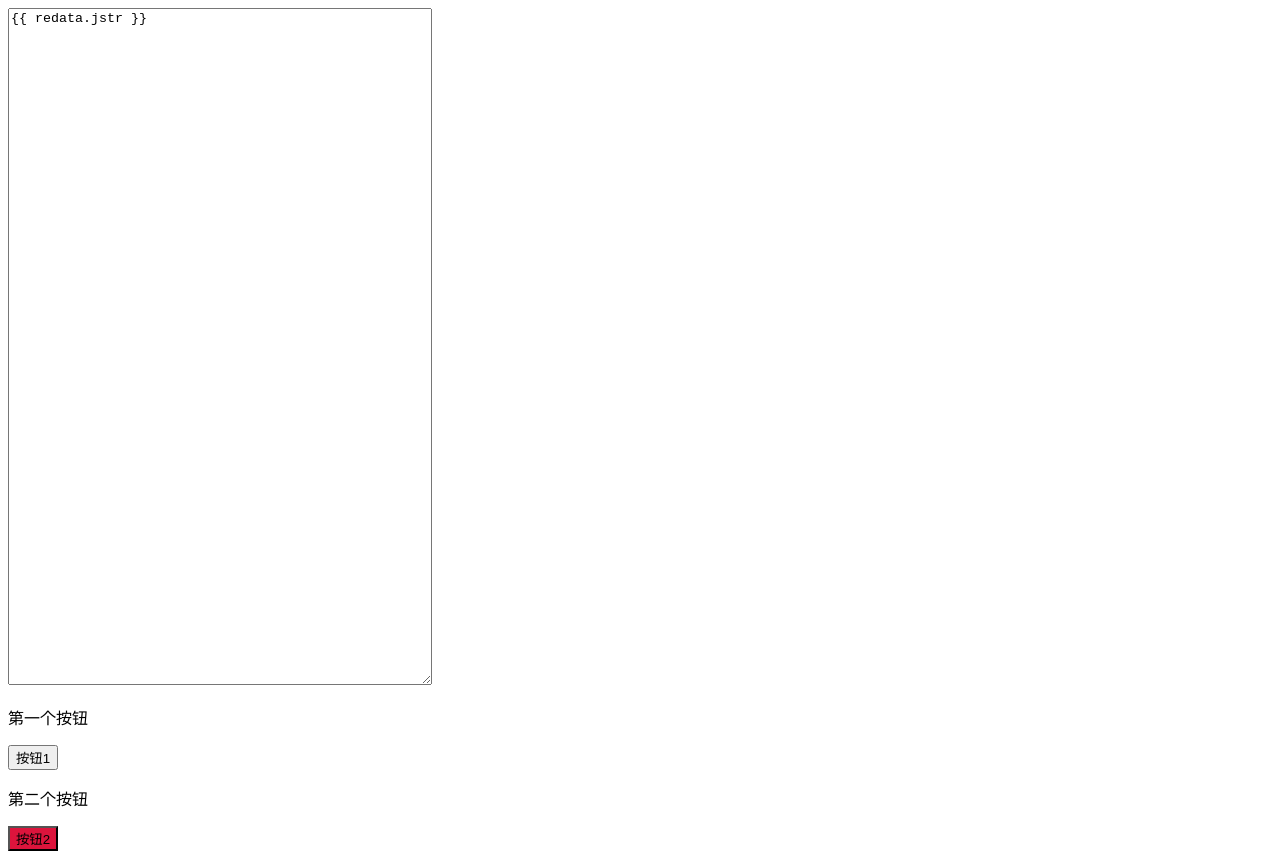
Repository: wangyanqing666/study
Page: json对象操作.html
The author's editor kept a copy of each file at every save. The page is drawn from the files as they stood at one save, then again after the next save.
The browser window is 1280 px wide. The pictures show the whole page.

Above is the page before, as saved 2020-06-13 19:34:14.

### json对象操作.html
<!DOCTYPE html>
<html lang="en">

<head>
    <meta charset="UTF-8">
    <meta name="viewport" content="width=device-width, initial-scale=1.0">
    <title>Document</title>

    <script src="https://cdn.bootcss.com/jquery/3.4.1/jquery.js"></script>

    <script type="text/javascript" charset="utf-8">



    </script>

    <style type="text/css">
        .list {
            height: 40px;
            line-height: 60px;
        }

        .list lii {
            margin: 50px auto 0;
            padding: 0;
            width: 30px;
            height: 40px;

        }
    </style>
</head>

<body>

    <div>

<textarea class="column " style="height: 671px; width: 418px;" id="editor1" placeholder="给一个JSON字符串，然后会自动格式化"
    spellcheck="false" name="jstr">{{ redata.jstr }}</textarea>
    <br>
<p>第一个按钮</p>
        <button type="submit" onclick="return func()">按钮1</button>
        <p>第二个按钮</p>

            <input type="submit" value="按钮2"  style="background-color: crimson;" />



    </div>

</body>

</html>

After the next save:
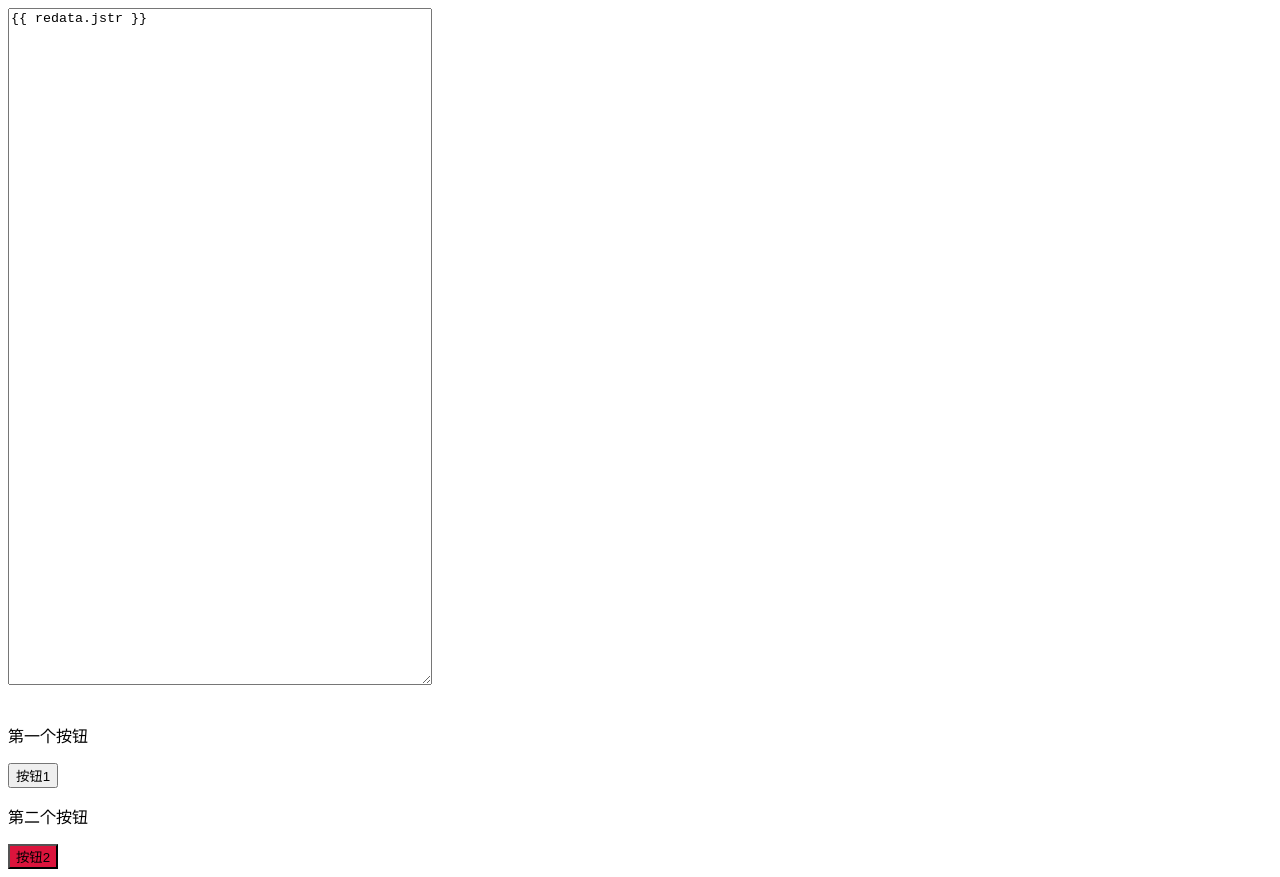
Saved 78 s later.
--- a/json对象操作.html
+++ b/json对象操作.html
@@ -33,19 +33,20 @@
 <body>
 
     <div>
+        <textarea class="column " style="height: 671px; width: 418px;" id="editor1" placeholder="给一个JSON字符串，然后会自动格式化"
+            spellcheck="false" name="jstr">{{ redata.jstr }}</textarea>
+    </div>
 
-<textarea class="column " style="height: 671px; width: 418px;" id="editor1" placeholder="给一个JSON字符串，然后会自动格式化"
-    spellcheck="false" name="jstr">{{ redata.jstr }}</textarea>
     <br>
-<p>第一个按钮</p>
-        <button type="submit" onclick="return func()">按钮1</button>
-        <p>第二个按钮</p>
 
-            <input type="submit" value="按钮2"  style="background-color: crimson;" />
+    <p>第一个按钮</p>
+    <button type="submit" onclick="return func()">按钮1</button>
+    <p>第二个按钮</p>
+
+    <input type="submit" value="按钮2" style="background-color: crimson;" />
 
 
 
-    </div>
 
 </body>
 
